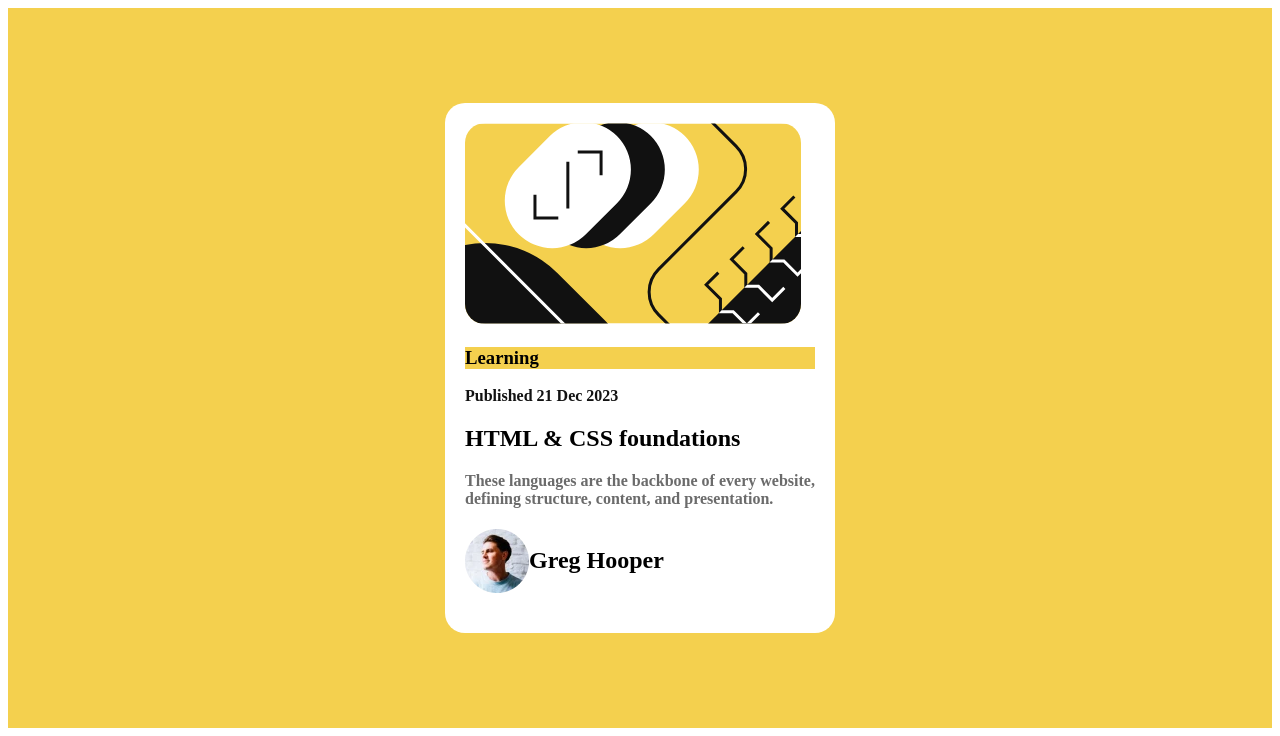
Repository: reemoon-ctrl/blog-preview-card
Page: index.html
These files come from the project's save history. The page is drawn as it stood at one moment and after the next save; the edit follows.
The browser window is 1280 px wide. The pictures show the whole page.

Above is the page before, as saved 2024-07-19 14:34:49.

### index.html
<!DOCTYPE html>
<html>
    <head>
        <title>Frontend Mentor | Blog preview card</title>
        <link rel="stylesheet" href="index.css" />


    </head>
    <body>
        <article class="blog-card-article">
            <div class="blog-card">
                <img class="blog-img"src="img\illustration-article.svg" alt="illustration-article" />
                <h3 class="blog-category">Learning</h3>
                <b class="blog-date">Published 21 Dec 2023</b>
                <h1 class="blog-title">HTML & CSS foundations</h1>
                <b class="blog-discrip">These languages are the backbone of every website, defining structure, content, and presentation.</b>
                <h2 class="blog-author"><img  src="img\image-avatar.webp" alt="Greg Hooper avatar"/>Greg Hooper</h2>
            </div>
        </article>

    </body>
</html>

### index.css
.blog-card-article{
    min-height: 100vh;
    display: flex;
    align-items:center;
    justify-content: center;
    background-color: hsl(47, 88%, 63%);


}

.blog-card{
    background-color: white;
    padding: 20px;
    border-radius: 20px;
    flex-basis: 350px;
}

.blog-img{
    border-radius: 20px;


}

.blog-category{
    background-color: hsl(47, 88%, 63%);


}

.blog-date{
    color: hsl(0, 0%, 7%);

}

.blog-title{

}
.blog-discrip{
    color:hsl(0, 0%, 42%);

}

.blog-author{
    display: flex;
    align-items:center;

}

After the next save:
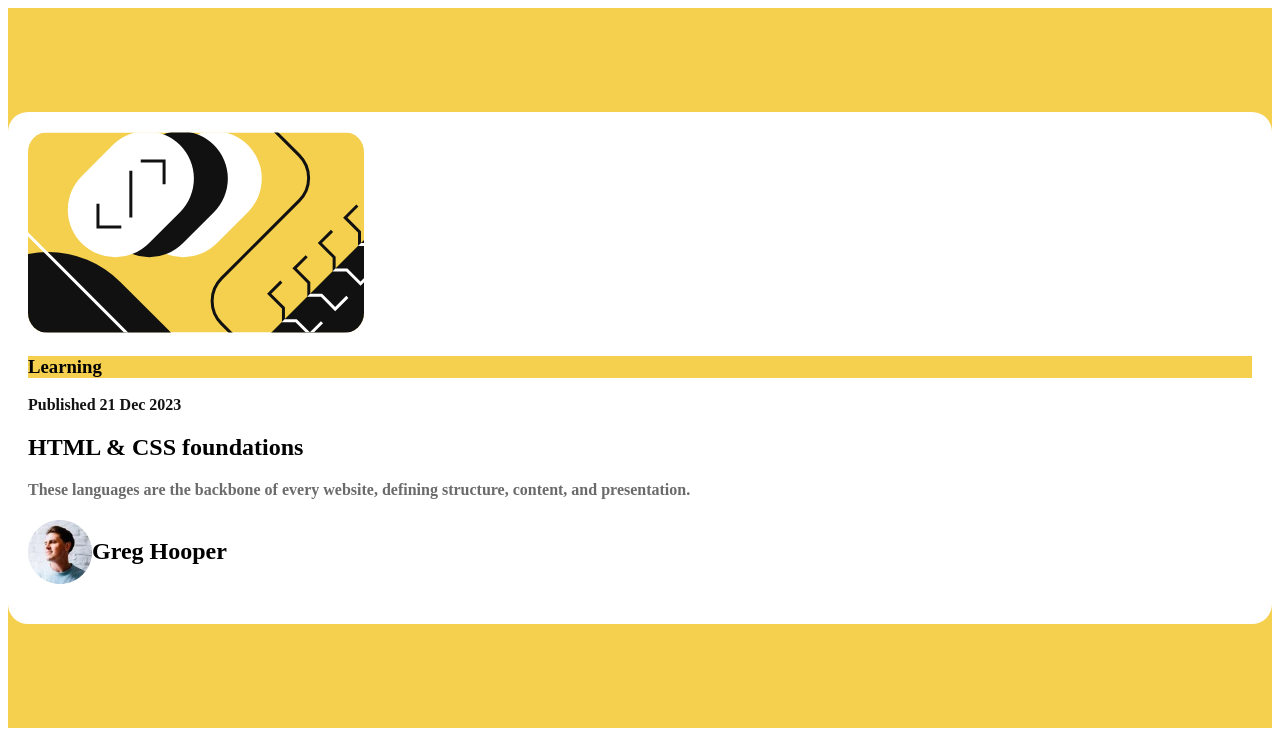
Saved 21 s later.
--- a/index.css
+++ b/index.css
@@ -12,7 +12,7 @@
     background-color: white;
     padding: 20px;
     border-radius: 20px;
-    flex-basis: 350px;
+    flex-basis: 3400px;
 }
 
 .blog-img{
